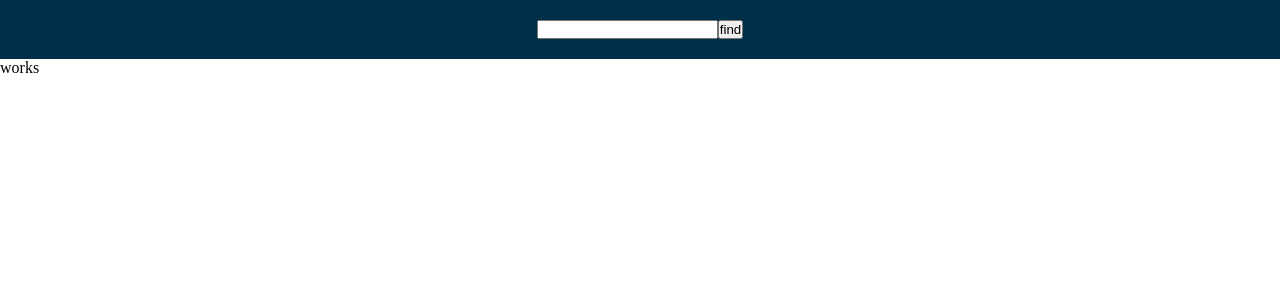
Repository: rutsguifd/uni
Page: / (app in filmhub-react/)
An editor plug-in stored every save of this project. The page is shown before and after the next save, followed by the edit.
The browser window is 1280 px wide. The pictures show the whole page.
The page's requests for data from a server got no answer. The project was rebuilt for these pictures with package versions that can differ from the ones it lists, and the page was loaded fresh each time. No one was signed in, and anything a server would have sent is missing.

Above is the page before, as saved 2022-04-12 17:39:19.

### filmhub-react/src/index.js
import React from "react";
import ReactDOM from "react-dom";
import { Provider } from "react-redux";
import App from "./App";
import { store } from "./store"

ReactDOM.render(
  <React.StrictMode>
    <Provider store={store}>
      <App />
    </Provider>
  </React.StrictMode>,
  document.getElementById("root")
);

### filmhub-react/src/App.js
import axios from "axios";
import { useEffect } from "react";
import Header from "./components/Header";
import './styles/App.scss'

function App() {
  const fetch = () => {
    axios.get('http://www.omdbapi.com/?apikey=c4183736&s=superman&page=2')
  .then((response)=>console.log(response.data));
  }
    useEffect(()=>{fetch()},[])
  return (
    <div className="App">
    <Header/>
      works
    </div>
  );
}

export default App;

### filmhub-react/src/store/index.js
import { combineReducers, createStore } from "redux";
import { composeWithDevTools } from "redux-devtools-extension";
import { fetchDataReducer } from "./fetchDataReducer";
const rootReducer = combineReducers({
    fetchDataReducer
})

export const store = createStore(rootReducer, composeWithDevTools())

### filmhub-react/src/components/Header.jsx
import React, { useState } from "react";
import { useDispatch } from "react-redux";
import "../styles/Header.scss"
import MyInput from "./UI/MyInput/MyInput";

const Header = () => {
  const [searchQuery, setSearchQuery] = useState("");
  const dispatch = useDispatch();
  const fetchData = (e) => {
      e.preventDefault()
      dispatch({type: "FETCH_SEARCH_MOVIE", payload: searchQuery})
      setSearchQuery("")
  }
  //const a = useSelector((state)=>state.fetchDataReducer.movies)
  return (
    <div className="header">
      <form>
        <MyInput
          value={searchQuery}
          onChange={(e) => setSearchQuery(e.target.value)}
        />
        <button onClick={fetchData}>find</button>
      </form>
    </div>
  );
};

export default Header;

### filmhub-react/src/store/fetchDataReducer.js
import axios from "axios";

const initialState = {
    movies: []
};

const FETCH_SEARCH_MOVIE = "FETCH_SEARCH_MOVIE";
async function fetchSearchMovie(searchQuery) {
    await axios.get(`http://www.omdbapi.com/?apikey=c4183736&s=${searchQuery}`)
    .then((response)=>response.data)
    .then((data) => console.log(data))
    ;
}

export const fetchDataReducer = (state = initialState, action) => {
    switch(action.type) {
        case FETCH_SEARCH_MOVIE:
            return {...state, movies: [...state.movies, fetchSearchMovie(action.payload)]}
        default:
            return state;
    }
}

### filmhub-react/src/styles/Header.scss
.header{
    display: flex;
    padding: 20px;
    justify-content: center;
    align-items: center;
    background-color: #003049;
}

### filmhub-react/src/components/UI/MyInput/MyInput.jsx
import React from 'react'
import './MyInput.module.scss'

const MyInput = (props) => {
  return (
    <input {...props} className="input"/>
  )
}

export default MyInput

### filmhub-react/src/components/UI/MyInput/MyInput.module.scss
.input{
    background-color: #005f73;
    border-radius: 4px;
}

Loaded but not shown: filmhub-react/public/index.html (common file); filmhub-react/src/styles/App.scss (common file)

After the next save:
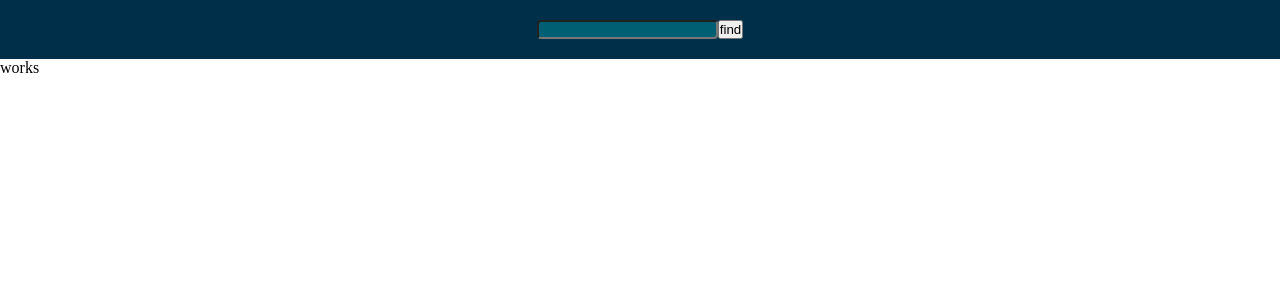
Saved 40 s later.
--- a/filmhub-react/src/components/UI/MyInput/MyInput.jsx
+++ b/filmhub-react/src/components/UI/MyInput/MyInput.jsx
@@ -1,9 +1,9 @@
 import React from 'react'
-import './MyInput.module.scss'
+import classes from './MyInput.module.scss'
 
 const MyInput = (props) => {
   return (
-    <input {...props} className="input"/>
+    <input {...props} className={classes.input}/>
   )
 }
 
